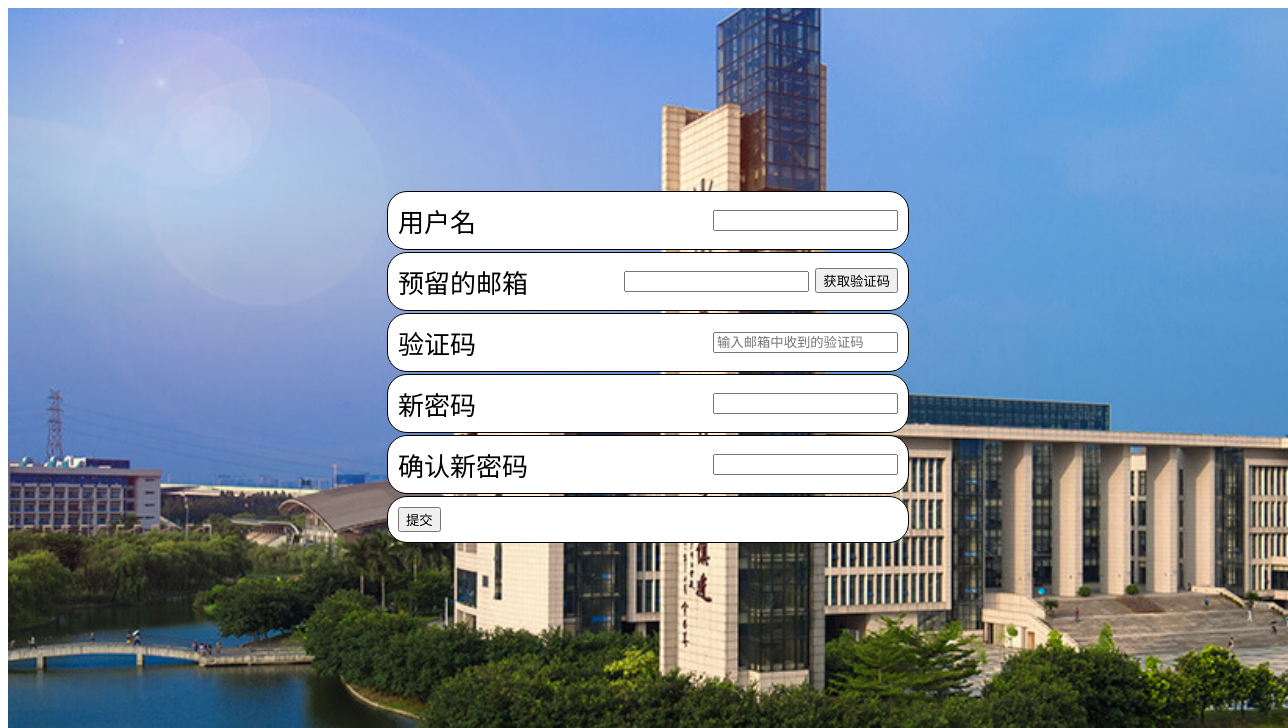
Repository: IAmJiangWenHao/ReportServer
Page: demo.html
The author's editor kept a copy of each file at every save. The page is drawn from the files as they stood at one save, then again after the next save.
The browser window is 1280 px wide. The page is 1288 px wide, so the pictures cover 1288 px, including what lies to the right of the window. The pictures show the whole page.

Above is the page before, as saved 2023-05-16 12:44:01.

After the next save:
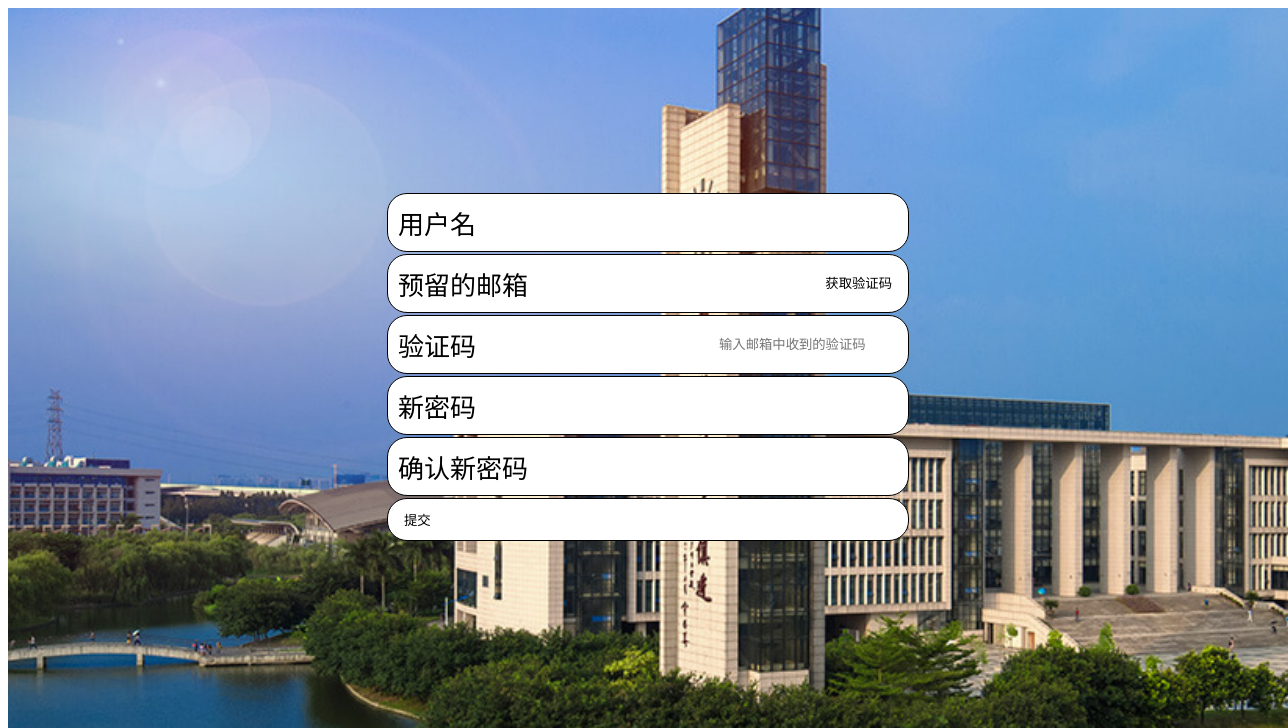
Saved 5 s later.
--- a/demo.html
+++ b/demo.html
@@ -42,7 +42,7 @@
       color: #000;
       text-decoration:none;
     }
-    table tbody tr td input{
+    form .hang input{
       border: 0;
       background-color: #fff;
     }
